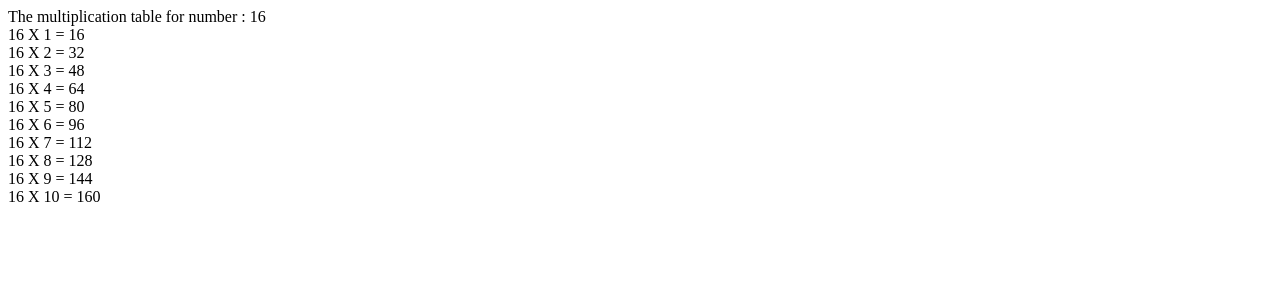
Repository: ajayrkp/HTML_CSS_Notes
Page: http://localhost/exercise_4.php
An editor plug-in stored every save of this project. The page is shown before and after the next save, followed by the edit.
The browser window is 1280 px wide. The pictures show the whole page.
The page is run by PHP 8.4 with error messages shown; the project is at /var/www/html/.

Above is the page before, as saved 2012-10-12 23:49:29.

### HomeWorks/exercise_4.php
<!--
	 Day 5 Exercise 4
** Write a short program to print a multiplication or times
** table. Your program should output something like:
**   - Here is the 5's table:
**   - 5 X 1 = 5
**   - 5 X 2 = 10
**   -- ...
**   - 5 X 10 = 50
-->

<?php
	// Get the random number between 1 and 20 for the times table
	$startNumberForTable = 1;
	$EndNumberForTable = 50;
	$tableNumber = rand($startNumberForTable, $EndNumberForTable);

	print "The multiplication table for number : " . $tableNumber . "<br>";

	for($i = 1; $i<11; $i++) {
		print $tableNumber . " X " . $i . " = " . ($tableNumber * $i) . "<br>";
	}

?>

After the next save:
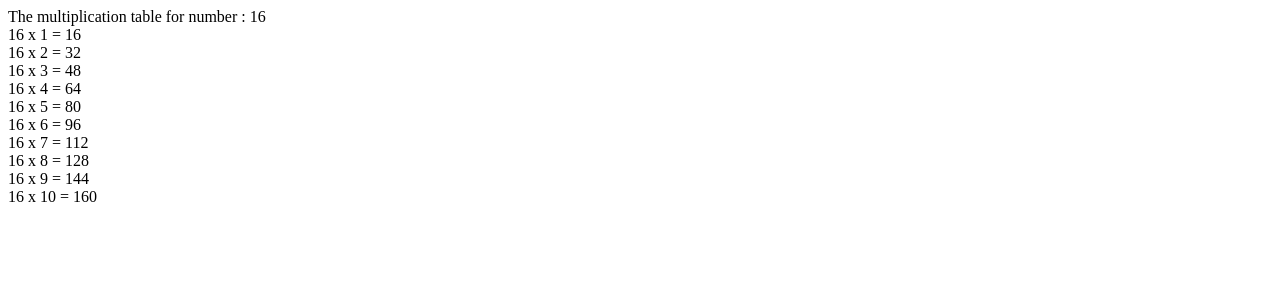
Saved 25 s later.
--- a/HomeWorks/exercise_4.php
+++ b/HomeWorks/exercise_4.php
@@ -18,7 +18,7 @@
 	print "The multiplication table for number : " . $tableNumber . "<br>";
 
 	for($i = 1; $i<11; $i++) {
-		print $tableNumber . " X " . $i . " = " . ($tableNumber * $i) . "<br>";
+		print $tableNumber . " x " . $i . " = " . ($tableNumber * $i) . "<br>";
 	}
 
 ?>
